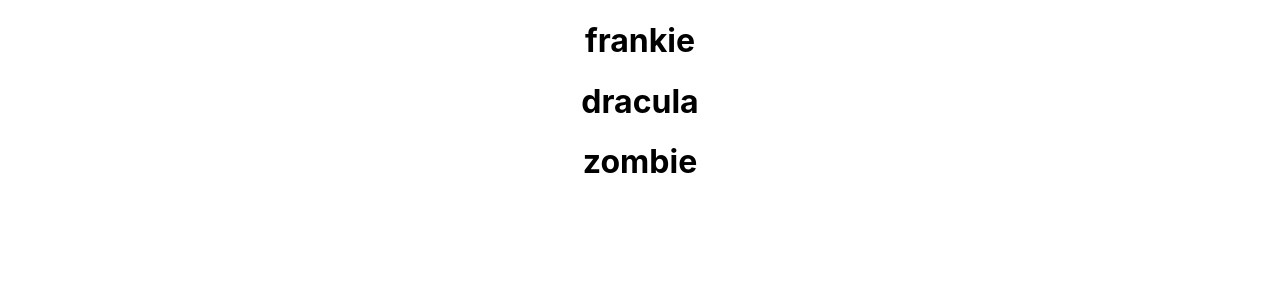
Repository: mamulini/monsters-relodex
Page: /
The author's editor kept a copy of each file at every save. The page is drawn from the files as they stood at one save, then again after the next save.
The browser window is 1280 px wide. The pictures show the whole page.
The project was rebuilt for these pictures with package versions that can differ from the ones it lists, and the page was loaded fresh each time.

Above is the page before, as saved 2020-08-03 13:53:50.

### src/App.js
import React from 'react';
import logo from './logo.svg';
import './App.css';

class App extends React.Component {
  constructor() {
    super();

    this.state = {
      monsters: [
        { name: 'frankie' },
        { name: 'dracula' },
        { name: 'zombie' }
      ]
    }
  }

  render() {

    return (
      <div div className="App" >
        {
          this.state.monsters.map(monster => <h1>{monster.name}</h1>)
        }
      </div >

    )

  }
}

export default App;

Loaded but not shown: public/index.html (common file); src/index.js (common file); src/index.css (common file); src/serviceWorker.js (common file); src/App.css (common file)

After the next save:
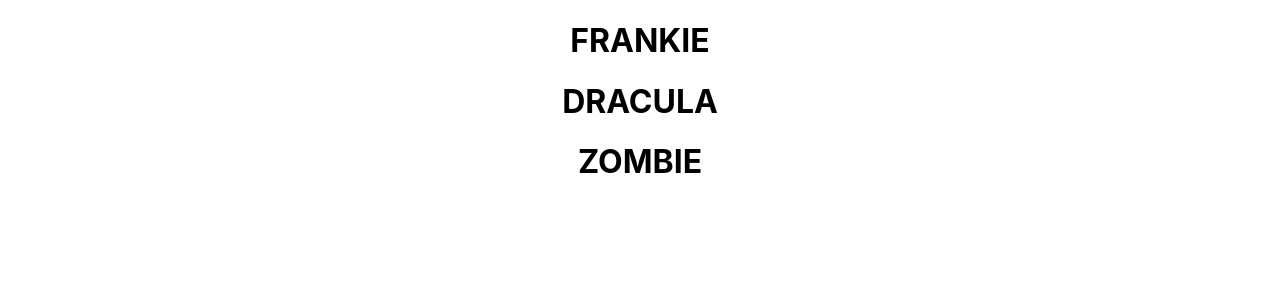
Saved 27 s later.
--- a/src/App.js
+++ b/src/App.js
@@ -20,7 +20,7 @@
     return (
       <div div className="App" >
         {
-          this.state.monsters.map(monster => <h1>{monster.name}</h1>)
+          this.state.monsters.map(monster => <h1>{monster.name.toLocaleUpperCase()}</h1>)
         }
       </div >
 
